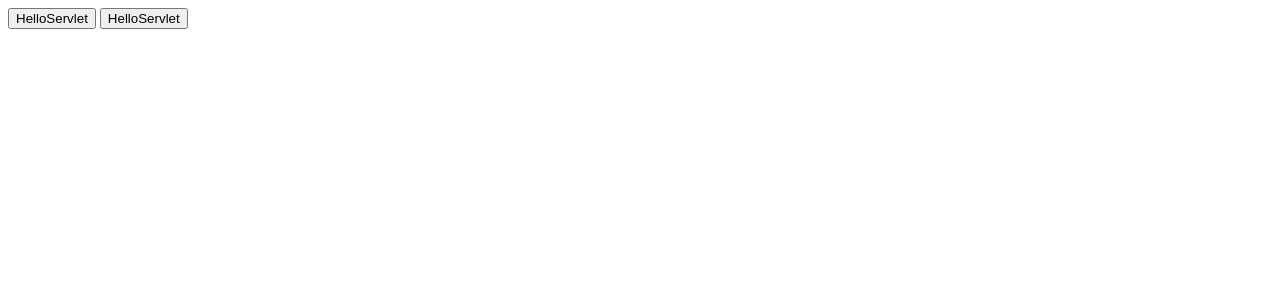
Repository: Nogawa-Haruka/test
Page: http://localhost/HelloServlet/
The author's editor kept a copy of each file at every save. The page is drawn from the files as they stood at one save, then again after the next save.
The browser window is 1280 px wide. The pictures show the whole page.
The page is served by Tomcat 9.

Above is the page before, as saved 2019-11-18 10:29:15.

After the next save:
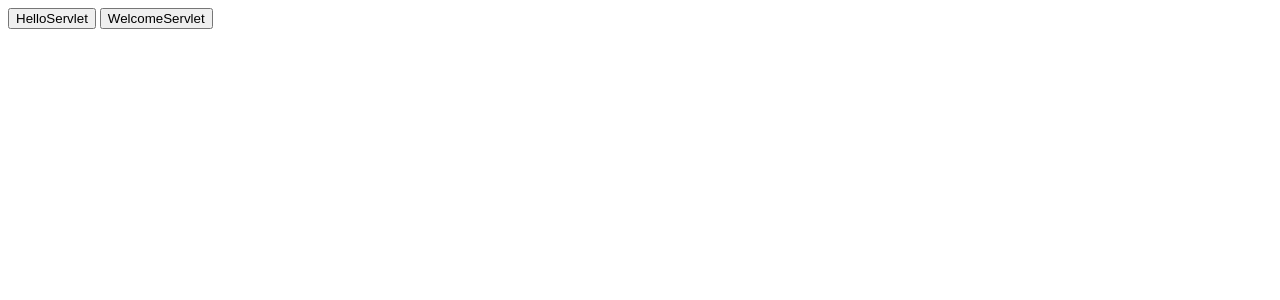
Saved 95 s later.
--- a/HelloServlet/WebContent/index.jsp
+++ b/HelloServlet/WebContent/index.jsp
@@ -7,6 +7,6 @@
 </head>
 <body>
 	<input type="button" value="HelloServlet" onClick="location.href='HelloServlet'">
-	<input type="button" value="HelloServlet" onClick="location.href='HelloServlet'">
+	<input type="button" value="WelcomeServlet" onClick="location.href='welcome.jsp'">
 </body>
 </html>
